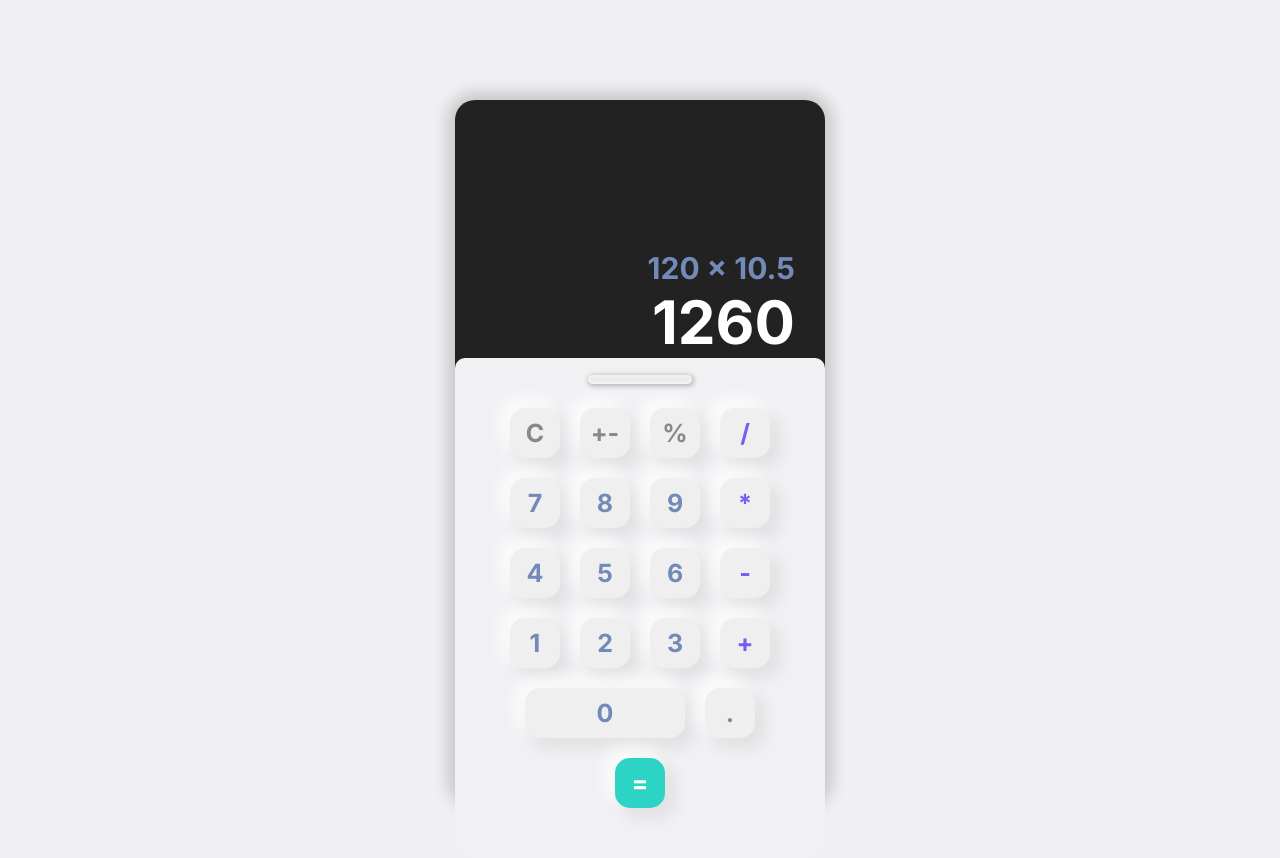
Repository: BrunoBross/calculator
Page: index.html
The author's editor kept a copy of each file at every save. The page is drawn from the files as they stood at one save, then again after a run of saves.
The browser window is 1280 px wide. The pictures show the whole page.

Above is the page before, as saved 2021-12-01 00:17:40.

After the next 4 saves:
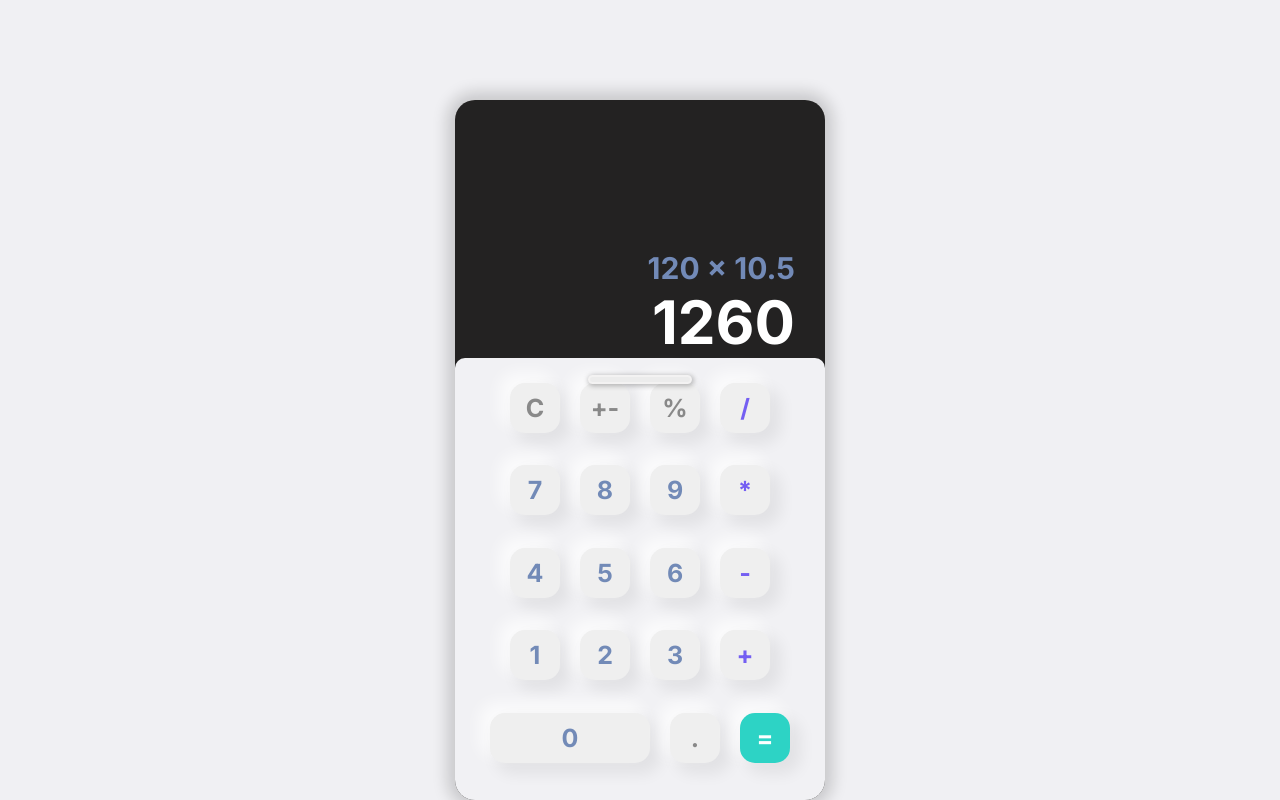
The 4 saves are shown as one change because they came seconds apart.
The last was saved 11 s later.
--- a/style.css
+++ b/style.css
@@ -45,7 +45,7 @@ main{
 }
 
 .buttons{
-  padding: 50px;
+  padding: 25px;
   background-color: #F1F1F4;
   display: flex;
   justify-content: center;
